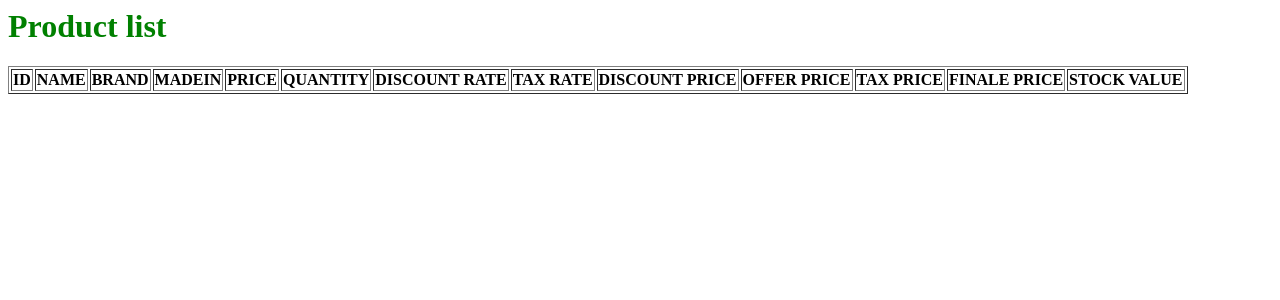
Repository: Lathadasari3010/SoftwareExamples
Page: http://localhost/product-list
These files come from the project's save history. The page is drawn as it stood at one moment and after the next save; the edit follows.
The browser window is 1280 px wide. The pictures show the whole page.
The page is this project's Thymeleaf template; nobody is signed in. The template is opened directly, without the code that normally fills it, so the values that code supplies are empty.

Above is the page before, as saved 2024-12-20 08:57:16.

After the next save:
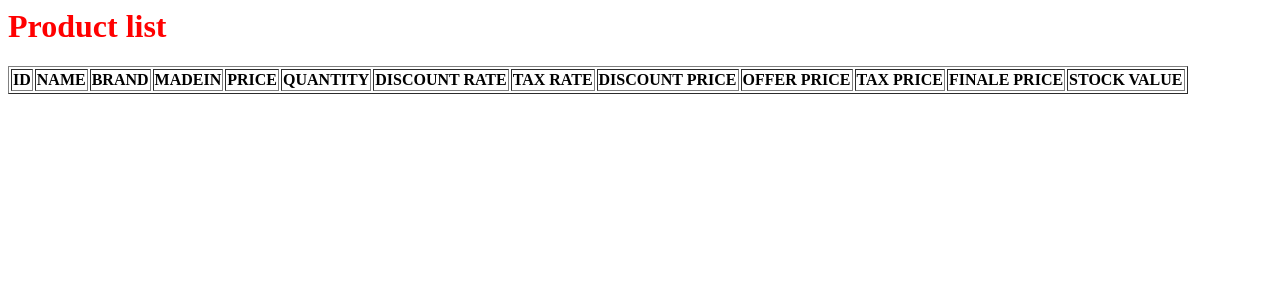
Saved 12 s later.
--- a/SpringBoot/src/main/resources/templates/product-list.html
+++ b/SpringBoot/src/main/resources/templates/product-list.html
@@ -4,7 +4,7 @@
 	</head>
 	<body>
 		<div>
-			<h1 style="color:green;">Product list</h1>
+			<h1 style="color:red;">Product list</h1>
 			<table border="1">
 				<thead>
 					<tr>
